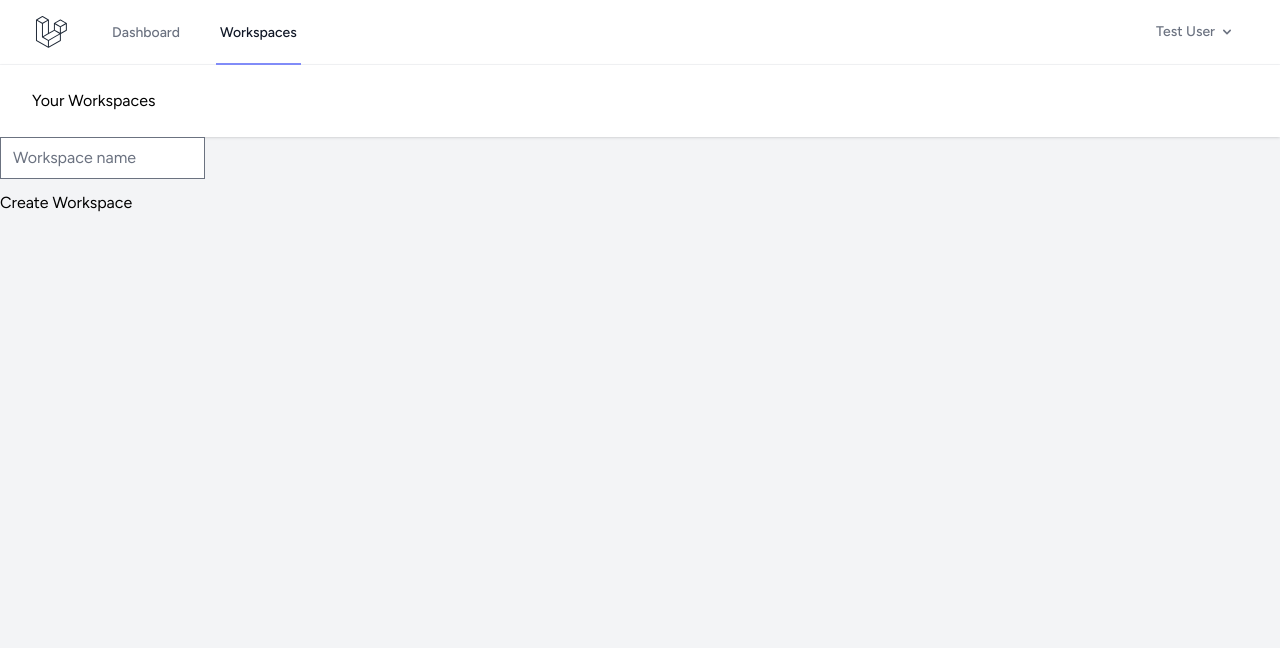
Repository: fauzan00/task-management
Page: http://localhost/workspaces
These files come from the project's save history. The page is drawn as it stood at one moment and after the next save; the edit follows.
The browser window is 1280 px wide. The pictures show the whole page.
The page is served by the project's Laravel application, run on PHP 8.4 with Laravel 12. A made-up administrator, Test User (test@example.com), is signed in. Other server files are loaded and not shown. Style sheets and scripts are compiled from the project's sources, by tool versions that may differ from the author's. Queries for data that is not in the repository find no rows.

Above is the page before, as saved 2025-08-12 23:54:25.

### app/Providers/AppServiceProvider.php
<?php

namespace App\Providers;

use App\Models\Task;
use App\Models\Workspace;
use App\Policies\TaskPolicy;
use App\Policies\WorkspacePolicy;
use Illuminate\Support\ServiceProvider;

class AppServiceProvider extends ServiceProvider
{
    protected $policies = [
        Workspace::class => WorkspacePolicy::class,
        Task::class => TaskPolicy::class,
    ];

    /**
     * Register any application services.
     */
    public function register(): void
    {
        //
    }

    /**
     * Bootstrap any application services.
     */
    public function boot(): void
    {
        //
            //   $this->registerPolicies();
    }
}

### routes/web.php
<?php

use App\Http\Controllers\DashboardController;
use App\Http\Controllers\ProfileController;
use App\Http\Controllers\TaskController;
use App\Http\Controllers\WorkspaceController;
use Illuminate\Support\Facades\Route;
use SebastianBergmann\CodeCoverage\Report\Html\Dashboard;

Route::get('/', function () {
    return view('welcome');
});

// Route::get('/dashboard', function () {
//     return view('dashboard');
// })->middleware(['auth', 'verified'])->name('dashboard');

Route::middleware('auth')->group(function () {
    Route::get('/profile', [ProfileController::class, 'edit'])->name('profile.edit');
    Route::patch('/profile', [ProfileController::class, 'update'])->name('profile.update');
    Route::delete('/profile', [ProfileController::class, 'destroy'])->name('profile.destroy');

    Route::resource('workspaces', WorkspaceController::class);

    Route::prefix('workspaces/{workspace}')->group(function () {
        Route::resource('tasks', TaskController::class)->except(['index']);
        Route::get('tasks', [TaskController::class, 'index'])->name('workspaces.tasks.index');
    });

    Route::get('/dashboard', [DashboardController::class, 'index'])->name('dashboard');

    // Route::get('/dashboard', function () {
    //     return view('dashboard');
    // })->name('dashboard');
});

require __DIR__.'/auth.php';

### app/Http/Controllers/Controller.php
<?php

namespace App\Http\Controllers;
use Illuminate\Foundation\Auth\Access\AuthorizesRequests;

abstract class Controller
{
    //
        use AuthorizesRequests;
}

### app/Models/User.php
<?php

namespace App\Models;

// use Illuminate\Contracts\Auth\MustVerifyEmail;
use Illuminate\Database\Eloquent\Factories\HasFactory;
use Illuminate\Foundation\Auth\User as Authenticatable;
use Illuminate\Notifications\Notifiable;

class User extends Authenticatable
{
    /** @use HasFactory<\Database\Factories\UserFactory> */
    use HasFactory, Notifiable;

    /**
     * The attributes that are mass assignable.
     *
     * @var list<string>
     */
    protected $fillable = [
        'name',
            'username',
        'email',
        'password',
    ];

    /**
     * The attributes that should be hidden for serialization.
     *
     * @var list<string>
     */
    protected $hidden = [
        'password',
        'remember_token',
    ];

    /**
     * Get the attributes that should be cast.
     *
     * @return array<string, string>
     */
    protected function casts(): array
    {
        return [
            'email_verified_at' => 'datetime',
            'password' => 'hashed',
        ];
    }

    public function workspaces()
    {
        return $this->hasMany(Workspace::class);
    }
}

### app/Http/Controllers/WorkspaceController.php
<?php

namespace App\Http\Controllers;

use App\Models\Workspace;
use Illuminate\Http\Request;

class WorkspaceController extends Controller
{
    /**
     * Display a listing of the resource.
     */
    public function index()
    {
        //
        $workspaces = auth()->user()->workspaces;

        return view('workspaces.index', compact('workspaces'));
    }

    /**
     * Show the form for creating a new resource.
     */
    public function create()
    {
        //
    }

    /**
     * Store a newly created resource in storage.
     */
    public function store(Request $request)
    {
        //
        $request->validate([
            'name' => 'required|string|max:255',
            'description' => 'nullable|string',
        ]);

        auth()->user()->workspaces()->create($request->all());

        return redirect()->route('workspaces.index');
    }

    /**
     * Display the specified resource.
     */
    public function show(Workspace $workspace)
    {
        //
    }

    /**
     * Show the form for editing the specified resource.
     */
    public function edit(Workspace $workspace)
    {
        //
    }

    /**
     * Update the specified resource in storage.
     */
    public function update(Request $request, Workspace $workspace)
    {
        //
    }

    /**
     * Remove the specified resource from storage.
     */
    public function destroy(Workspace $workspace)
    {
        //
    }
}

### app/Models/Workspace.php
<?php

namespace App\Models;

use Illuminate\Database\Eloquent\Model;

class Workspace extends Model
{
    //
    // protected $fillable = ['_token'];
    protected $fillable = ['name', 'description', 'user_id'];


    public function user()
    {
        return $this->belongsTo(User::class);
    }

    public function tasks()
    {
        return $this->hasMany(Task::class);
    }
}

### resources/views/workspaces/index.blade.php
<x-app-layout>
    <x-slot name="header">
        <h1>Your Workspaces</h1>
    </x-slot>

    <div class="container">
        <form action="{{ route('workspaces.store') }}" method="POST">
            @csrf
            <div class="mb-3">
                <input type="text" name="name" class="form-control" placeholder="Workspace name" required>
            </div>
            <button type="submit" class="btn btn-primary">Create Workspace</button>
        </form>

        <div class="mt-4">
            @foreach ($workspaces as $workspace)
                <div class="card mb-3">
                    <div class="card-body">
                        <h5 class="card-title">
                            <a href="{{ route('workspaces.tasks.index', $workspace) }}">{{ $workspace->name }}</a>
                        </h5>
                        <p class="card-text">{{ $workspace->description }}</p>
                    </div>
                </div>
            @endforeach
        </div>
    </div>
</x-app-layout>

### resources/views/layouts/app.blade.php
<!DOCTYPE html>
<html lang="{{ str_replace('_', '-', app()->getLocale()) }}">

<head>
    <meta charset="utf-8">
    <meta name="viewport" content="width=device-width, initial-scale=1">
    <meta name="csrf-token" content="{{ csrf_token() }}">

    <title>{{ config('app.name', 'Laravel') }}</title>

    <!-- Fonts -->
    <link rel="preconnect" href="https://fonts.bunny.net">
    <link href="https://fonts.bunny.net/css?family=figtree:400,500,600&display=swap" rel="stylesheet" />

    <!-- Scripts -->
    @vite(['resources/css/app.css', 'resources/js/app.js'])
</head>

<body class="font-sans antialiased">
    <div class="min-h-screen bg-gray-100 dark:bg-gray-900">
        @include('layouts.navigation')

        <!-- Page Heading -->
        @isset($header)
            <header class="bg-white dark:bg-gray-800 shadow">
                <div class="max-w-7xl mx-auto py-6 px-4 sm:px-6 lg:px-8">
                    {{ $header }}
                </div>
            </header>
        @endisset

        <!-- Page Content -->
        <main>
            {{ $slot ?? '' }}
        </main>
    </div>
</body>

</html>

### resources/views/layouts/navigation.blade.php
<nav x-data="{ open: false }" class="bg-white dark:bg-gray-800 border-b border-gray-100 dark:border-gray-700">
    <!-- Primary Navigation Menu -->
    <div class="max-w-7xl mx-auto px-4 sm:px-6 lg:px-8">
        <div class="flex justify-between h-16">
            <div class="flex">
                <!-- Logo -->
                <div class="shrink-0 flex items-center">
                    <a href="{{ route('dashboard') }}">
                        <x-application-logo class="block h-9 w-auto fill-current text-gray-800 dark:text-gray-200" />
                    </a>
                </div>

                <!-- Navigation Links -->
                <div class="hidden space-x-8 sm:-my-px sm:ms-10 sm:flex">
                    <x-nav-link :href="route('dashboard')" :active="request()->routeIs('dashboard')">
                        {{ __('Dashboard') }}
                    </x-nav-link>
                    <x-nav-link :href="route('workspaces.index')" :active="request()->routeIs('workspaces.*')">
                        {{ __('Workspaces') }}
                    </x-nav-link>

                </div>
            </div>

            <!-- Settings Dropdown -->
            <div class="hidden sm:flex sm:items-center sm:ms-6">
                <x-dropdown align="right" width="48">
                    <x-slot name="trigger">
                        <button
                            class="inline-flex items-center px-3 py-2 border border-transparent text-sm leading-4 font-medium rounded-md text-gray-500 dark:text-gray-400 bg-white dark:bg-gray-800 hover:text-gray-700 dark:hover:text-gray-300 focus:outline-none transition ease-in-out duration-150">
                            <div>{{ Auth::user()->name }}</div>

                            <div class="ms-1">
                                <svg class="fill-current h-4 w-4" xmlns="http://www.w3.org/2000/svg"
                                    viewBox="0 0 20 20">
                                    <path fill-rule="evenodd"
                                        d="M5.293 7.293a1 1 0 011.414 0L10 10.586l3.293-3.293a1 1 0 111.414 1.414l-4 4a1 1 0 01-1.414 0l-4-4a1 1 0 010-1.414z"
                                        clip-rule="evenodd" />
                                </svg>
                            </div>
                        </button>
                    </x-slot>

                    <x-slot name="content">
                        <x-dropdown-link :href="route('profile.edit')">
                            {{ __('Profile') }}
                        </x-dropdown-link>

                        <!-- Authentication -->
                        <form method="POST" action="{{ route('logout') }}">
                            @csrf

                            <x-dropdown-link :href="route('logout')"
                                onclick="event.preventDefault();
                                                this.closest('form').submit();">
                                {{ __('Log Out') }}
                            </x-dropdown-link>
                        </form>
                    </x-slot>
                </x-dropdown>
            </div>

            <!-- Hamburger -->
            <div class="-me-2 flex items-center sm:hidden">
                <button @click="open = ! open"
                    class="inline-flex items-center justify-center p-2 rounded-md text-gray-400 dark:text-gray-500 hover:text-gray-500 dark:hover:text-gray-400 hover:bg-gray-100 dark:hover:bg-gray-900 focus:outline-none focus:bg-gray-100 dark:focus:bg-gray-900 focus:text-gray-500 dark:focus:text-gray-400 transition duration-150 ease-in-out">
                    <svg class="h-6 w-6" stroke="currentColor" fill="none" viewBox="0 0 24 24">
                        <path :class="{ 'hidden': open, 'inline-flex': !open }" class="inline-flex"
                            stroke-linecap="round" stroke-linejoin="round" stroke-width="2"
                            d="M4 6h16M4 12h16M4 18h16" />
                        <path :class="{ 'hidden': !open, 'inline-flex': open }" class="hidden" stroke-linecap="round"
                            stroke-linejoin="round" stroke-width="2" d="M6 18L18 6M6 6l12 12" />
                    </svg>
                </button>
            </div>
        </div>
    </div>

    <!-- Responsive Navigation Menu -->
    <div :class="{ 'block': open, 'hidden': !open }" class="hidden sm:hidden">
        <div class="pt-2 pb-3 space-y-1">
            <x-responsive-nav-link :href="route('dashboard')" :active="request()->routeIs('dashboard')">
                {{ __('Dashboard') }}
            </x-responsive-nav-link>
        </div>

        <!-- Responsive Settings Options -->
        <div class="pt-4 pb-1 border-t border-gray-200 dark:border-gray-600">
            <div class="px-4">
                <div class="font-medium text-base text-gray-800 dark:text-gray-200">{{ Auth::user()->name }}</div>
                <div class="font-medium text-sm text-gray-500">{{ Auth::user()->email }}</div>
            </div>

            <div class="mt-3 space-y-1">
                <x-responsive-nav-link :href="route('profile.edit')">
                    {{ __('Profile') }}
                </x-responsive-nav-link>

                <!-- Authentication -->
                <form method="POST" action="{{ route('logout') }}">
                    @csrf

                    <x-responsive-nav-link :href="route('logout')"
                        onclick="event.preventDefault();
                                        this.closest('form').submit();">
                        {{ __('Log Out') }}
                    </x-responsive-nav-link>
                </form>
            </div>
        </div>
    </div>
</nav>

Loaded but not shown: routes/auth.php (common file); app/Http/Controllers/Auth/EmailVerificationPromptController.php (common file); app/Http/Controllers/Auth/VerifyEmailController.php (common file); app/View/Components/AppLayout.php (common file); resources/views/components/application-logo.blade.php (common file); resources/views/components/nav-link.blade.php (common file); resources/views/components/dropdown-link.blade.php (common file); resources/views/components/dropdown.blade.php (common file); resources/views/components/responsive-nav-link.blade.php (common file); resources/css/app.css (common file); tailwind.config.js (common file); resources/js/app.js (common file); resources/js/bootstrap.js (common file)

After the next save:
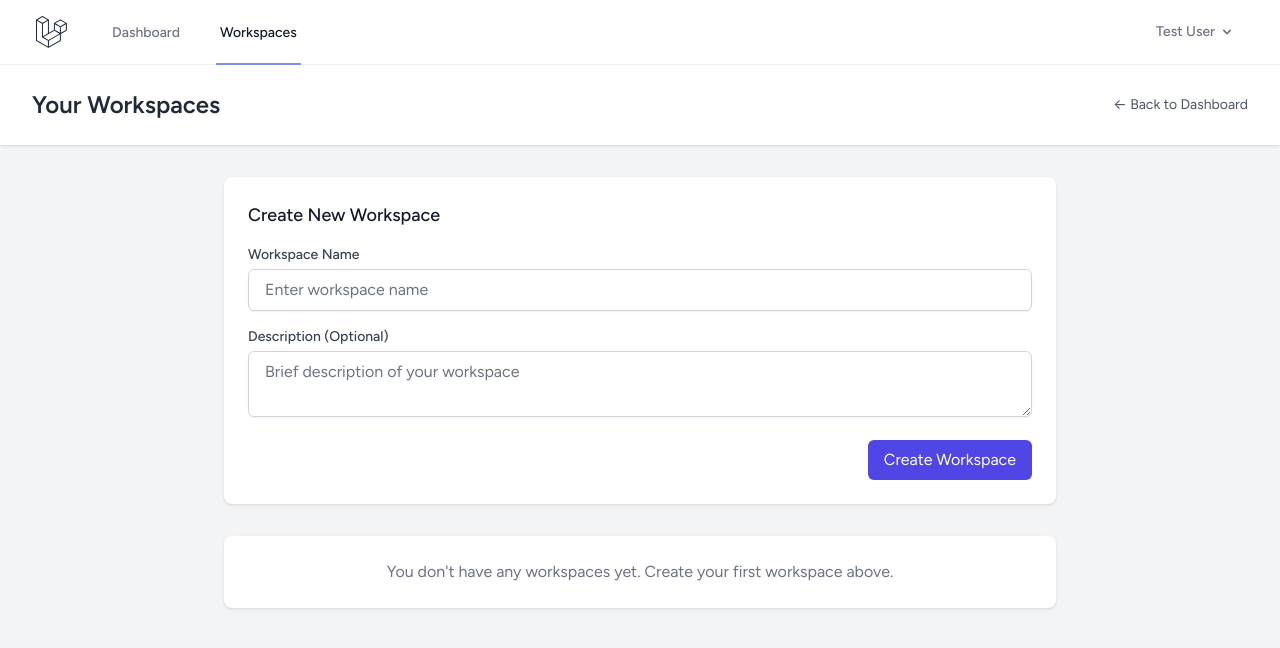
Saved 100 s later.
--- a/resources/views/workspaces/index.blade.php
+++ b/resources/views/workspaces/index.blade.php
@@ -1,28 +1,82 @@
 <x-app-layout>
     <x-slot name="header">
-        <h1>Your Workspaces</h1>
+        <div class="flex justify-between items-center">
+            <h2 class="text-2xl font-bold text-gray-800">Your Workspaces</h2>
+            <a href="{{ route('dashboard') }}" class="text-sm text-gray-600 hover:text-gray-900">
+                ← Back to Dashboard
+            </a>
+        </div>
     </x-slot>
 
-    <div class="container">
-        <form action="{{ route('workspaces.store') }}" method="POST">
-            @csrf
-            <div class="mb-3">
-                <input type="text" name="name" class="form-control" placeholder="Workspace name" required>
+    <div class="py-8">
+        <div class="max-w-4xl mx-auto px-4 sm:px-6 lg:px-8">
+            <!-- Create Workspace Card -->
+            <div class="bg-white shadow rounded-lg p-6 mb-8">
+                <h3 class="text-lg font-medium text-gray-900 mb-4">Create New Workspace</h3>
+                <form action="{{ route('workspaces.store') }}" method="POST">
+                    @csrf
+                    <div class="mb-4">
+                        <label for="name" class="block text-sm font-medium text-gray-700 mb-1">Workspace
+                            Name</label>
+                        <input type="text" name="name" id="name"
+                            class="w-full px-4 py-2 border border-gray-300 rounded-md shadow-sm focus:ring-indigo-500 focus:border-indigo-500"
+                            placeholder="Enter workspace name" required>
+                    </div>
+                    <div class="mb-4">
+                        <label for="description" class="block text-sm font-medium text-gray-700 mb-1">Description
+                            (Optional)</label>
+                        <textarea name="description" id="description" rows="2"
+                            class="w-full px-4 py-2 border border-gray-300 rounded-md shadow-sm focus:ring-indigo-500 focus:border-indigo-500"
+                            placeholder="Brief description of your workspace"></textarea>
+                    </div>
+                    <div class="flex justify-end">
+                        <button type="submit"
+                            class="px-4 py-2 bg-indigo-600 text-white rounded-md hover:bg-indigo-700 focus:outline-none focus:ring-2 focus:ring-offset-2 focus:ring-indigo-500 transition-colors">
+                            Create Workspace
+                        </button>
+                    </div>
+                </form>
             </div>
-            <button type="submit" class="btn btn-primary">Create Workspace</button>
-        </form>
 
-        <div class="mt-4">
-            @foreach ($workspaces as $workspace)
-                <div class="card mb-3">
-                    <div class="card-body">
-                        <h5 class="card-title">
-                            <a href="{{ route('workspaces.tasks.index', $workspace) }}">{{ $workspace->name }}</a>
-                        </h5>
-                        <p class="card-text">{{ $workspace->description }}</p>
-                    </div>
+            <!-- Workspaces List -->
+            @if ($workspaces->isEmpty())
+                <div class="bg-white shadow rounded-lg p-6 text-center text-gray-500">
+                    You don't have any workspaces yet. Create your first workspace above.
                 </div>
-            @endforeach
+            @else
+                <div class="space-y-4">
+                    @foreach ($workspaces as $workspace)
+                        <div class="bg-white shadow rounded-lg hover:shadow-md transition-shadow">
+                            <div class="p-6">
+                                <div class="flex justify-between items-start">
+                                    <div>
+                                        <h3 class="text-lg font-medium text-gray-900 mb-1">
+                                            <a href="{{ route('workspaces.tasks.index', $workspace) }}"
+                                                class="hover:text-indigo-600 transition-colors">
+                                                {{ $workspace->name }}
+                                            </a>
+                                        </h3>
+                                        @if ($workspace->description)
+                                            <p class="text-gray-600">{{ $workspace->description }}</p>
+                                        @endif
+                                    </div>
+                                    <div class="flex items-center">
+                                        <span class="text-sm text-gray-500 mr-3">
+                                            {{ $workspace->tasks_count ?? 0 }} tasks
+                                        </span>
+                                        <svg xmlns="http://www.w3.org/2000/svg" class="h-5 w-5 text-gray-400"
+                                            viewBox="0 0 20 20" fill="currentColor">
+                                            <path fill-rule="evenodd"
+                                                d="M7.293 14.707a1 1 0 010-1.414L10.586 10 7.293 6.707a1 1 0 011.414-1.414l4 4a1 1 0 010 1.414l-4 4a1 1 0 01-1.414 0z"
+                                                clip-rule="evenodd" />
+                                        </svg>
+                                    </div>
+                                </div>
+                            </div>
+                        </div>
+                    @endforeach
+                </div>
+            @endif
         </div>
     </div>
 </x-app-layout>
